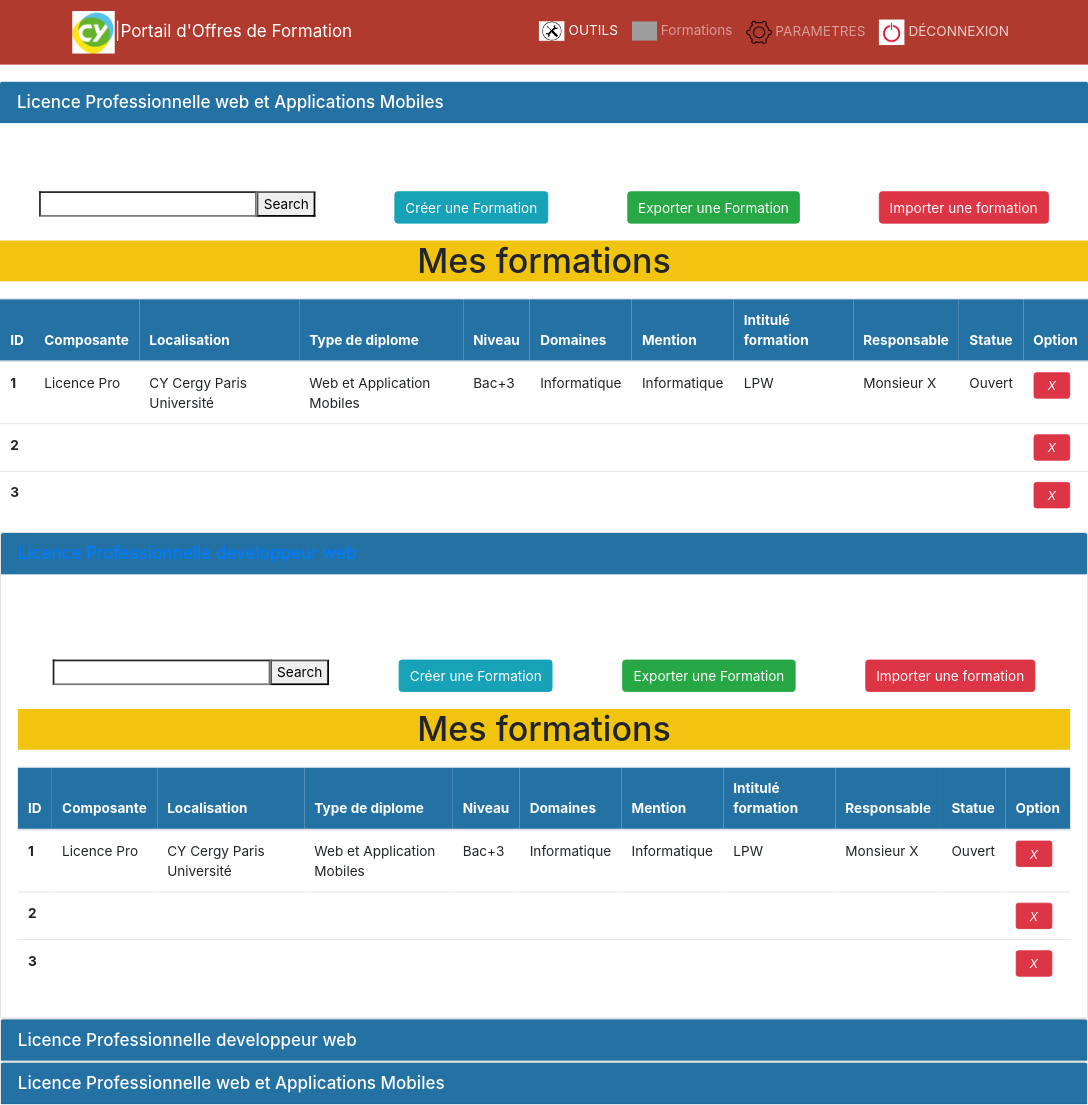
Repository: BaldeThierno1990/Projet-1-formation-tableau-generique-vue-export
Page: / (app in mcc/)
An editor plug-in stored every save of this project. The page is shown before and after the next save, followed by the edit.
The browser window is 1280 px wide. The pictures show the whole page, at 85% of full size.
The pointer rests on the first visible `#out`.
Pictures or frames that could not be fetched are drawn as grey boxes. The project was rebuilt for these pictures with package versions that can differ from the ones it lists, and the page was loaded fresh each time.

Above is the page before, as saved 2021-03-24 12:41:21.

After the next save:
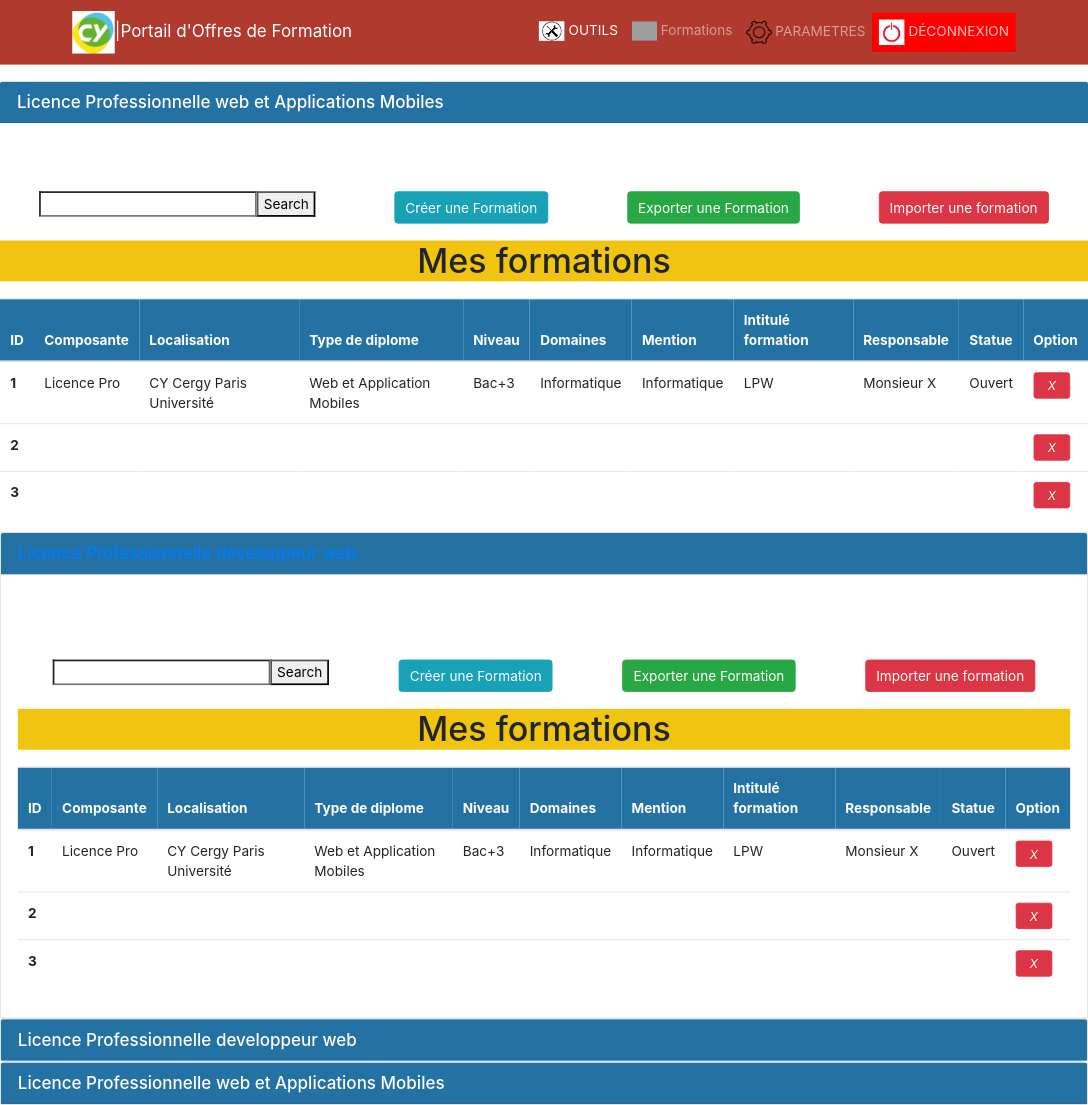
Saved 60 s later.
--- a/mcc/src/components/menu/VHeader.vue
+++ b/mcc/src/components/menu/VHeader.vue
@@ -38,10 +38,6 @@
   background-color:#B03A2E;
 }
 #out:hover {
-	border-color: #333;
-	transform: rotate(1080deg);
-	border-radius: 50%;
-	/* transition quand la souris survole */
-	transition: all 2s;
+	background-color:red;
 }
 </style>
